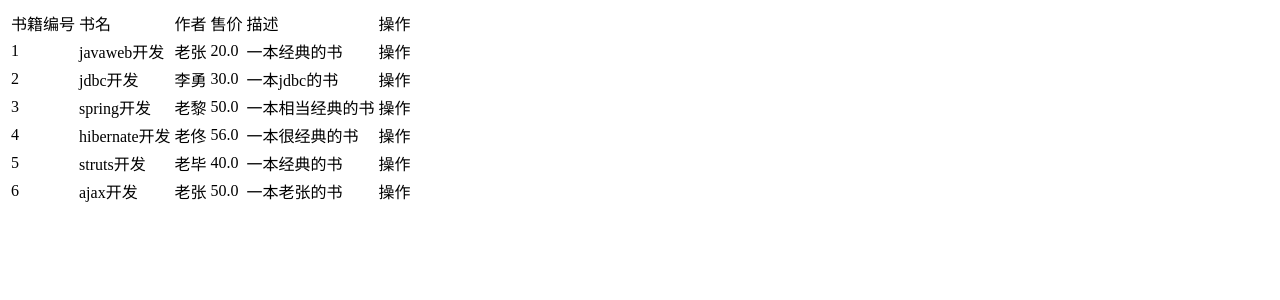
Repository: wsws1996/myproject
Page: http://localhost/day10/servlet/ListBookServlet
An editor plug-in stored every save of this project. The page is shown before and after the next save, followed by the edit.
The browser window is 1280 px wide. The pictures show the whole page.
The page is served by Tomcat 9.

Above is the page before, as saved 2015-11-22 05:25:53.

After the next save:
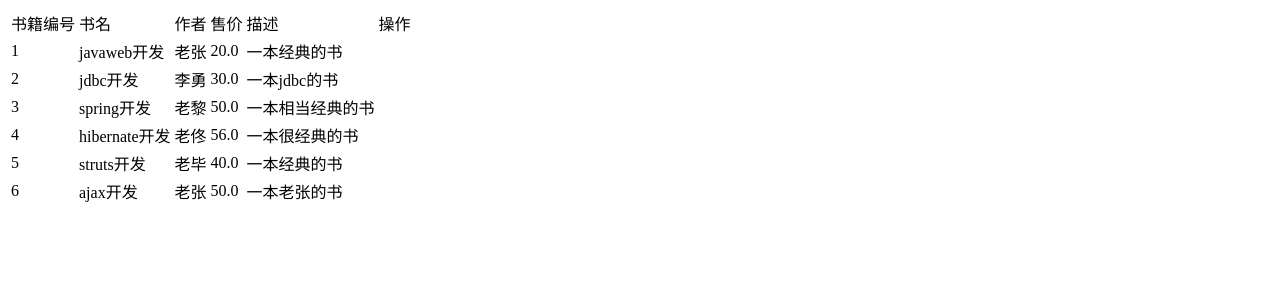
Saved 23 s later.
--- a/java/workspace/day10/WebRoot/WEB-INF/jsp/listbook.jsp
+++ b/java/workspace/day10/WebRoot/WEB-INF/jsp/listbook.jsp
@@ -27,7 +27,7 @@
 				<td>${me.value.author }</td>
 				<td>${me.value.price }</td>
 				<td>${me.value.description }</td>
-				<td>操作</td>
+				<td><a href="#"购买></a></td>
 			</tr>
 		</c:forEach>
 	</table>
